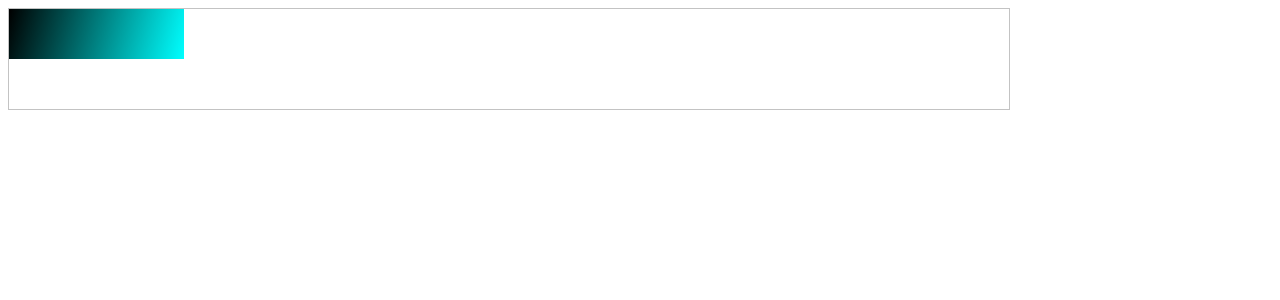
Repository: YukiXueyan/moquWebsite
Page: html/渐变.html
An editor plug-in stored every save of this project. The page is shown before and after the next save, followed by the edit.
The browser window is 1280 px wide. The pictures show the whole page.

Above is the page before, as saved 2020-07-05 15:41:35.

After the next save:
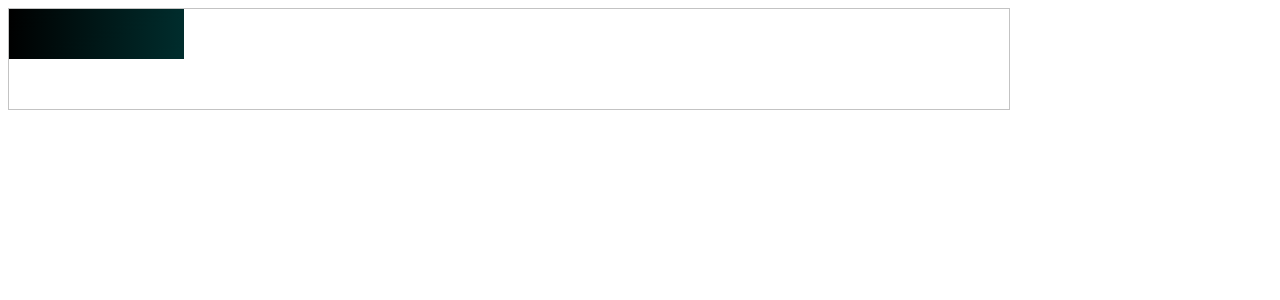
Saved 71 s later.
--- a/html/渐变.html
+++ b/html/渐变.html
@@ -11,7 +11,7 @@
 
 var c=document.getElementById("myCanvas");
 var cxt=c.getContext("2d");
-var grd=cxt.createLinearGradient(0,0,175,50);
+var grd=cxt.createLinearGradient(0,0,1000,50);
 grd.addColorStop(0,"#000000");
 grd.addColorStop(1,"#00FFff");
 cxt.fillStyle=grd;

After the save that followed:
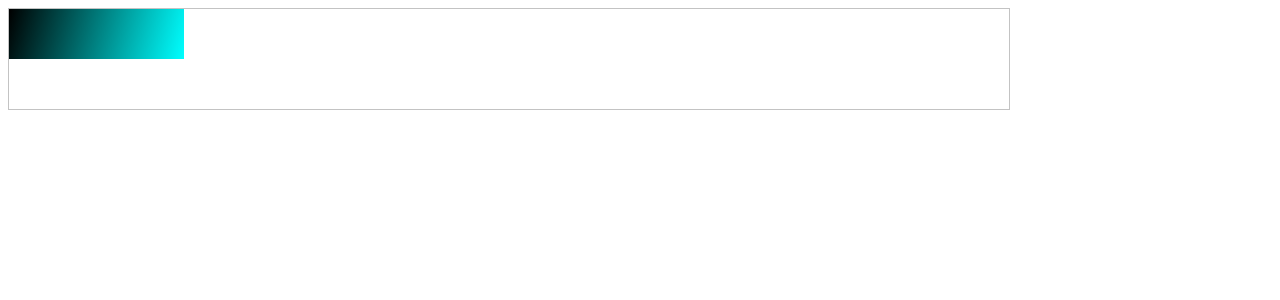
Saved 11 s later.
--- a/html/渐变.html
+++ b/html/渐变.html
@@ -11,7 +11,7 @@
 
 var c=document.getElementById("myCanvas");
 var cxt=c.getContext("2d");
-var grd=cxt.createLinearGradient(0,0,1000,50);
+var grd=cxt.createLinearGradient(0,0,175,50);
 grd.addColorStop(0,"#000000");
 grd.addColorStop(1,"#00FFff");
 cxt.fillStyle=grd;
